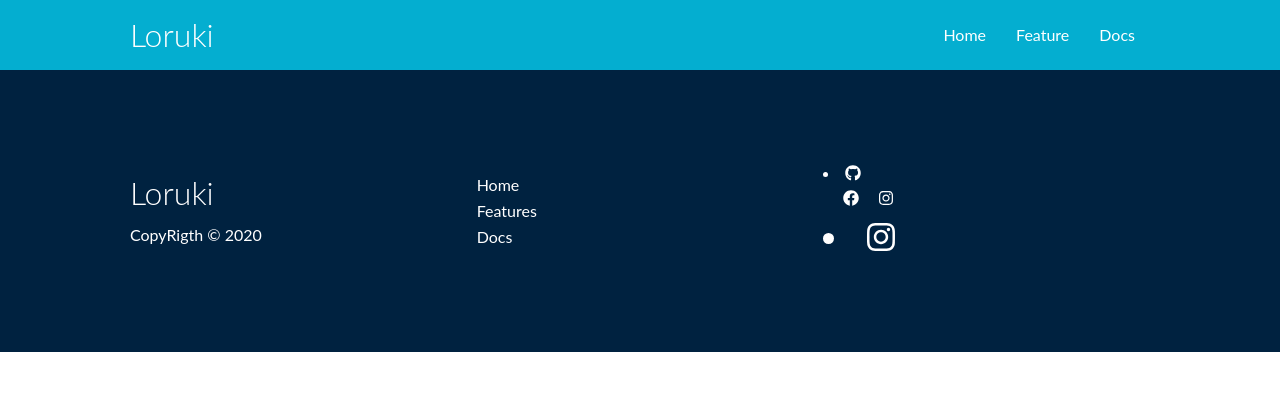
Repository: MosiurRrahman/loruki-app-reactjs
Page: /
The author's editor kept a copy of each file at every save. The page is drawn from the files as they stood at one save, then again after the next save.
The browser window is 1280 px wide. The pictures show the whole page.
The project was rebuilt for these pictures with package versions that can differ from the ones it lists, and the page was loaded fresh each time.

Above is the page before, as saved 2021-10-05 12:27:02.

### src/index.js
import React from 'react';
import ReactDOM from 'react-dom';
import Layout from './components/app';
import './index.css';
// import './utilities';






class Root extends React.Component{
  render(){
    return(
      <Layout></Layout>
    );
  }
}




ReactDOM.render(
  <React.StrictMode>
    <Root />
  </React.StrictMode>,
  document.getElementById('root')
);

### src/components/app.jsx
import { Component } from "react";
import Footer from "./common/Footer";
import Header from "./common/Header";

class Layout extends Component {
  render() {
    return (
      <>
        <Header />
        <Footer />
      </>
    );
  }
}
export default Layout;

### src/index.css
/* all css imported */

@import url("./assets/css/main");
@import url("./assets/css/utilities");

### src/components/common/Footer.jsx
import {
  faFacebook,
  faGithub,
  faInstagram,
} from "@fortawesome/free-brands-svg-icons";
import { FontAwesomeIcon } from "@fortawesome/react-fontawesome";
import { Component } from "react";

class Footer extends Component {
  render() {
    return (
      <>
        <footer className="footer bg-dark py-5">
          <div className="container grid grid-3">
            <div>
              <h1>Loruki</h1>
              <p>CopyRigth &copy; 2020</p>
            </div>
            <nav>
              <ul>
                <li>
                  <a href="index.html">Home</a>
                </li>
                <li>
                  <a href="feature.html">Features</a>
                </li>
                <li>
                  <a href="docs.html">Docs</a>
                </li>
              </ul>
            </nav>
            <div className="social">
              <a href="#">
                <li className="fab">
                  <FontAwesomeIcon icon={faGithub} />
                </li>
              </a>
              <a href="#">
                <FontAwesomeIcon icon={faFacebook} />
              </a>
              <a href="#">
                <FontAwesomeIcon icon={faInstagram} />
              </a>
              <a href="#">
                <li className="fab fa-linkedin fa-2x">
                  <FontAwesomeIcon icon={faInstagram} />
                </li>
              </a>
            </div>
          </div>
        </footer>
      </>
    );
  }
}
export default Footer;

### src/components/common/Header.jsx
import { Component } from "react";

class Header extends Component {
  render() {
    return (
      <>
        <div className="navbar">
          <div className="container flex">
            <h1 className="logo">Loruki</h1>
            <nav>
              <ul>
                <li>
                  <a href="index.html">Home</a>
                </li>
                <li>
                  <a href="feature.html">Feature</a>
                </li>
                <li>
                  <a href="docs.html">Docs</a>
                </li>
              </ul>
            </nav>
          </div>
        </div>
      </>
    );
  }
}
export default Header;

### src/assets/css/main.css
:root {
  --primary-color: #04aed0;
  --secondry-color: #04a1c0;
  --dark-color: #002240;
  --light-color: #f4f4ff;
  --success-color: #5cb85c;
  --error-color: #d9534f;
}

* {
  box-sizing: border-box;
  margin: 0;
  padding: 0;
}

body {
  font-family: "lato", sans-serif;
  color: #333333;
  line-height: 1.6;
}

ul {
  list-style-type: none;
}

a {
  text-decoration: none;
  color: #333333;
}

h1,
h2 {
  font-weight: 300;
  line-height: 1.2;
  margin: 10px 0;
}

p {
  margin: 10px 0;
}

img {
  width: 100%;
}

code,
pre {
  background: #333;
  color: #fff;
  padding: 10px;
}

.hidden {
  visibility: hidden;
  height: 0;
}

/* === navbar style === */

.navbar {
  background-color: var(--primary-color);
  color: #ffffff;
  height: 70px;
}

.navbar .flex {
  justify-content: space-between;
}

.navbar ul {
  display: flex;
}

.navbar ul a {
  padding: 10px;
  margin: 0 5px;
  color: #fff;
  transition: 0.3s;
}

.navbar ul a:hover {
  border-bottom: 2px solid #fff;
}

/* === Showcase style === */

.showcase {
  height: 400px;
  background-color: var(--primary-color);
  color: #fff;
  position: relative;
}

.showcase h1 {
  font-size: 40px;
}

.showcase p {
  margin: 20px 0;
}

.showcase .grid {
  overflow: visible;
  grid-template-columns: 55% 45%;
  gap: 30px;
}

body {
  overflow-x: hidden;
}

.showcase-form {
  position: relative;
  top: 60px;
  height: 350px;
  max-width: 400px;
  padding: 40px;
  z-index: 100;
  animation: slideInFromRight 1s ease-in;
}

.showcase-text {
  animation: slideInFromLeft 1s ease-in;
}

.showcase .form-control {
  margin: 30px 0;
}

.showcase input[type="text"],
.showcase input[type="email"] {
  border: 0;
  border-bottom: 1px solid #b4becb;
  width: 100%;
  padding: 3px;
  font-size: 16px;
}

.showcase-form input:focus {
  outline: none;
}

.showcase::before,
.showcase::after {
  content: "";
  position: absolute;
  height: 100px;
  background: #fff;
  left: 0;
  bottom: -60px;
  right: 0;
  transform: skewY(-3deg);
  --webkit-transform: skewY(-3deg);
  --moz-transform: skewY(-3deg);
  --ms-transform: skewY(-3deg);
}

/* ===stats=== */

.stats {
  padding-top: 100px;
  animation: slideInFromBottom 1s ease-in;
}

.stats-heading {
  max-width: 500px;
  margin: auto;
}

.stats .grid h3 {
  font-size: 35px;
}

.stats .grid p {
  font-size: 20px;
  font-weight: bold;
}

/* cli */

.cli .grid {
  grid-template-columns: repeat(3, 1fr);
  grid-template-rows: repeat(2, 1fr);
}

.cli .grid > *:first-child {
  grid-column: 1 / span 2;
  grid-row: 1 / span 2;
}

/* Cloud */

.cloud .grid {
  grid-template-columns: repeat(4fr, 1fr);
}

/* languages */

.languages .flex {
  flex-wrap: wrap;
}

.languages .card {
  text-align: center;
  margin: 18px 10px 40px;
  transition: 0.3s;
}

.languages .card:hover {
  transform: translateY(-15px);
  color: var(--primary-color);
}

.languages .card h4 {
  font-size: 20px;
  margin-bottom: 10px;
}

/* Feature section */

.freatures-head img,
.docs-head img {
  width: 200px;
  justify-self: center;
}

.freatures-sub-head img {
  width: 300px;
  justify-self: flex-end;
}

/* feature main */

.freatures-main .card > i {
  margin-right: 20px;
}

.freatures-main .grid {
  padding: 30px;
}

.freatures-main .grid > *:first-child {
  grid-column: 1 / span 3;
}

.freatures-main .grid > *:nth-child(2) {
  grid-column: 1 / span 2;
}

.freatures-main .grid > *:nth-child(2) {
  justify-content: start;
}

/* dosc */

.docs-main h3 {
  margin: 20px 0;
}

.docs-main .grid {
  grid-template-columns: 1fr 2fr;
  align-items: flex-start;
}

.docs-main nav li {
  font-size: 20px;
  padding-bottom: 5px;
  margin-bottom: 5px;
  border-bottom: 1px solid #ccc;
}

.docs-main nav a:hover {
  color: var(--primary-color);
  font-weight: bold;
}

/* Footer */

.footer .social a {
  margin: 0 10px;
}

.footer .social a li {
  transition: 0.3s;
}

.footer .social a li:hover {
  transform: translateY(-5px);
  color: var(--primary-color);
}

/* Animation */

@keyframes slideInFromLeft {
  0% {
    transform: translateX(-100%);
  }
  100% {
    transform: translateX(0);
  }
}

@keyframes slideInFromRight {
  0% {
    transform: translateX(70%);
  }
  100% {
    transform: translateX(0);
  }
}

@keyframes slideInFromTop {
  0% {
    transform: translateY(-100%);
  }
  100% {
    transform: translateX(0);
  }
}

@keyframes slideInFromBottom {
  0% {
    transform: translateY(100%);
  }
  100% {
    transform: translateX(0);
  }
}

/* ===responsive css ===*/

/* Tablets and under */

@media (max-width: 768px) {
  .grid,
  .showcase .grid,
  .stats .grid,
  .cli .grid,
  .cloud .grid,
  .freature-main .grid,
  .docs-main .grid {
    grid-template-columns: 1fr;
    grid-template-rows: 1fr;
  }
  .showcase {
    height: auto;
  }
  .showcase-text {
    text-align: center;
    margin-top: 40px;
    animation: slideInFromTop 1s ease-in;
  }
  .showcase-form {
    justify-self: center;
    margin: auto;
    animation: slideInFromBottom 1s ease-in;
  }
  .cli .grid > *:first-child {
    grid-column: 1;
    grid-row: 1;
  }
  .freatures-head,
  .freatures-sub-head,
  .docs-head {
    text-align: center;
  }
  .freatures-head img,
  .freatures-sub-head img,
  .docs-head img {
    justify-self: center;
  }
  .freatures-main .grid > *:first-child,
  .freatures-main .grid > *:nth-child(2) {
    grid-column: 1;
  }
}

/* Mobile */

@media (max-width: 500px) {
  .navbar {
    height: 110px;
  }
  .navbar .flex {
    flex-direction: column;
  }
  .navbar ul {
    padding: 10px;
    background: rgba(0, 0, 0, 0.1);
  }
}

/* ===responsive css end ===*/

### src/assets/css/utilities.css
/* === utlities === */

.container {
  max-width: 1100px;
  margin: 0 auto;
  overflow: auto;
  padding: 0 40px;
}

.card {
  background-color: #fff;
  color: #333;
  border-radius: 10px;
  box-shadow: 0 3px 10px rgba(0, 0, 0, 0.2);
  padding: 20px;
  margin: 10px;
}

.card p {
  padding-left: 20px;
}

.btn {
  display: inline-block;
  padding: 10px 30px;
  cursor: pointer;
  background: var(--primary-color);
  color: #fff;
  border: none;
  border-radius: 5px;
  transition: 0.3s;
}

.btn-outline {
  background-color: transparent;
  border: 1px solid #ffffff;
}

.btn:hover {
  transform: translate(5px);
}

/* background and colored buttons */

.btn-primary,
.bg-primary {
  background-color: var(--primary-color);
  color: #ffffff;
}

.btn-secondry,
.bg-secondry {
  background-color: var(--secondry-color);
  color: #ffffff;
}

.btn-dark,
.bg-dark {
  background-color: var(--dark-color);
  color: #ffffff;
}

.btn-light,
.bg-light {
  background-color: var(--light-color);
  color: #333;
}

.btn-primary a,
.bg-primary a,
.btn-secondry a,
.bg-secondry a,
.btn-dark a,
.bg-dark a {
  color: #fff;
}

/* text sizes */

.lead {
  font-size: 20px;
}

.sm {
  font-size: 1rem;
}

.md {
  font-size: 2rem;
}

.lg {
  font-size: 3rem;
}

.xl {
  font-size: 4rem;
}

.text-center {
  text-align: center;
}

.flex {
  display: flex;
  justify-items: center;
  align-items: center;
  height: 100%;
}

.grid {
  display: grid;
  grid-template-columns: repeat(2, 1fr);
  gap: 20px;
  justify-content: center;
  align-items: center;
  height: 100%;
}

.grid-3 {
  grid-template-columns: repeat(3, 1fr);
}

/* alart */

.alert {
  background-color: var(--light-color);
  padding: 10px 20px;
  font-weight: bold;
  margin: 15px 0;
}

.alert i {
  margin-right: 10px;
}

.alert-success {
  background-color: var(--success-color);
  color: #fff;
}

.alert-error {
  background-color: var(--errer-color);
  color: #fff;
}

/* Margin */

.my-1 {
  margin: 1rem 0;
}

.my-2 {
  margin: 1.5rem 0;
}

.my-3 {
  margin: 2rem;
}

.my-4 {
  margin: 3rem 0;
}

.my-5 {
  margin: 4rem 0;
}

.m-1 {
  margin: 1rem;
}

.m-2 {
  margin: 1.5rem;
}

.m-3 {
  margin: 2rem;
}

.m-4 {
  margin: 3rem;
}

.m-5 {
  margin: 4rem;
}

/* padding */

.py-1 {
  padding: 1rem 0;
}

.py-2 {
  padding: 1.5rem 0;
}

.py-3 {
  padding: 2rem;
}

.py-4 {
  padding: 3rem 0;
}

.py-5 {
  padding: 4rem 0;
}

.p-1 {
  padding: 1rem;
}

.p-2 {
  padding: 1.5rem;
}

.p-3 {
  padding: 2rem;
}

.p-4 {
  padding: 3rem;
}

.p-5 {
  padding: 4rem;
}

Loaded but not shown: public/index.html (common file)

After the next save:
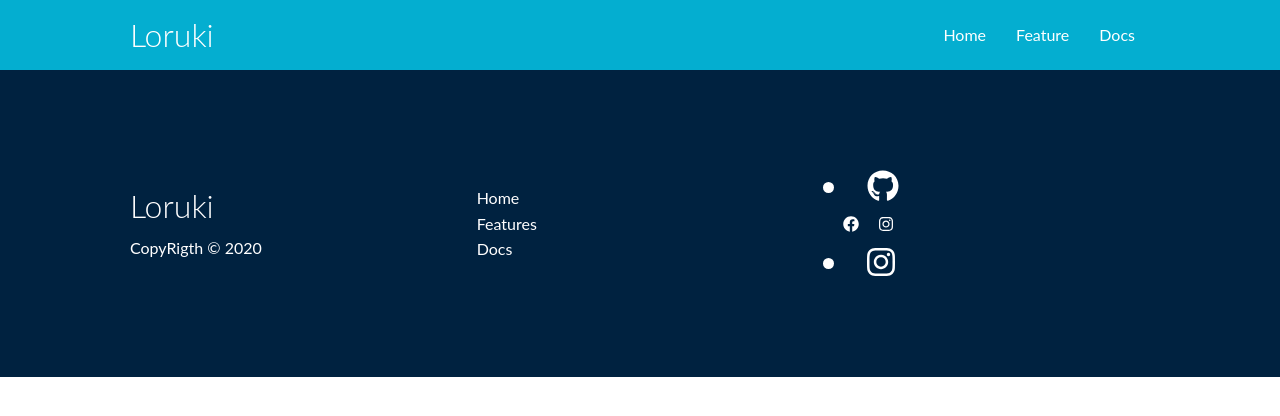
Saved 62 s later.
--- a/src/components/common/Footer.jsx
+++ b/src/components/common/Footer.jsx
@@ -31,7 +31,7 @@ class Footer extends Component {
             </nav>
             <div className="social">
               <a href="#">
-                <li className="fab">
+                <li className="fa-2x">
                   <FontAwesomeIcon icon={faGithub} />
                 </li>
               </a>
